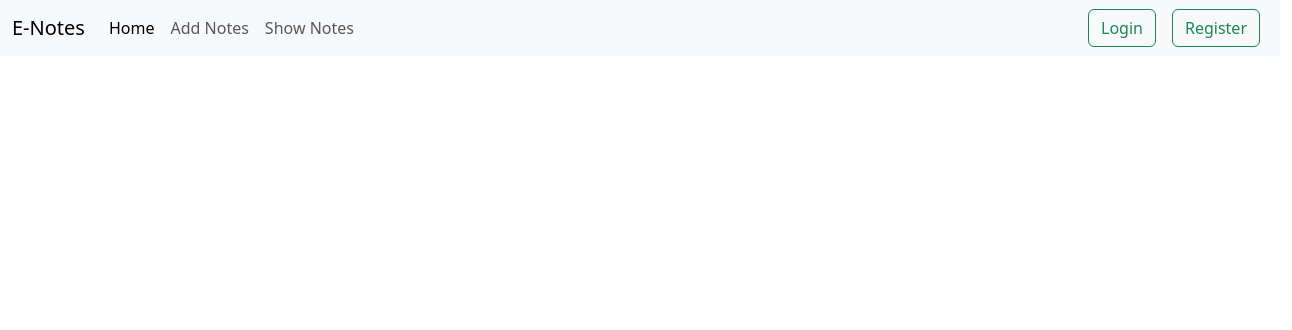
Repository: SandeepSharma2002/JavaProjects
Page: http://localhost/ENotes/addNotes.jsp
The author's editor kept a copy of each file at every save. The page is drawn from the files as they stood at one save, then again after the next save.
The browser window is 1280 px wide. The page is 1280 px wide, then 1292 px, so the pictures cover 1292 px, including what lies to the right of the window. The pictures show the whole page.
The page is served by Tomcat 9.

Above is the page before, as saved 2023-10-24 18:42:13.

After the next save:
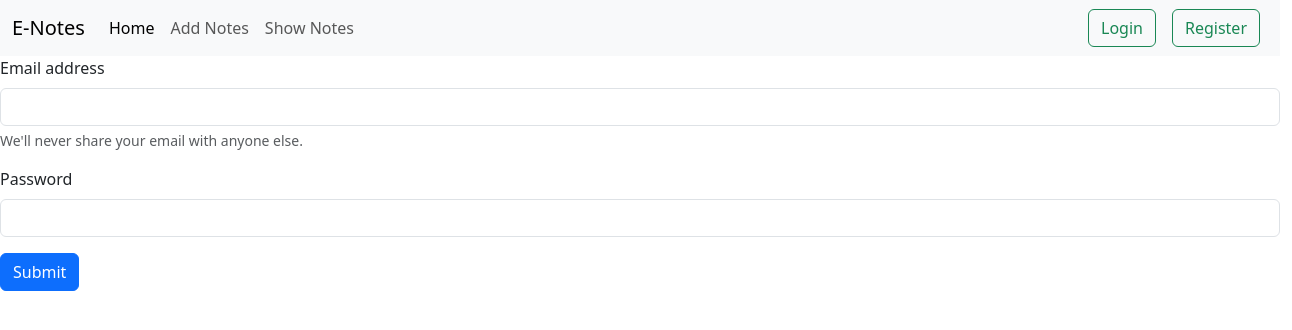
Saved 3 min 27 s later.
--- a/ENotes/src/main/webapp/addNotes.jsp
+++ b/ENotes/src/main/webapp/addNotes.jsp
@@ -1,5 +1,5 @@
 <%@ page language="java" contentType="text/html; charset=ISO-8859-1"
-    pageEncoding="ISO-8859-1"%>
+	pageEncoding="ISO-8859-1"%>
 <!DOCTYPE html>
 <html>
 <head>
@@ -8,7 +8,28 @@
 <title>Insert title here</title>
 </head>
 <body>
-<%@include file="Components/Navbar.jsp"%>
+	<%@include file="Components/Navbar.jsp"%>
+	<div class="row">
+		<div class="col-md-12">
 
+			<form>
+				<div class="mb-3">
+					<label for="exampleInputEmail1" class="form-label">Email
+						address</label> <input type="email" class="form-control"
+						id="exampleInputEmail1" aria-describedby="emailHelp">
+					<div id="emailHelp" class="form-text">We'll never share your
+						email with anyone else.</div>
+				</div>
+				<div class="mb-3">
+					<label for="exampleInputPText1" class="form-label">Password</label>
+					<input type="text" class="form-control"
+						id="exampleInputPassword1">
+				</div>
+
+				<button type="submit" class="btn btn-primary">Submit</button>
+			</form>
+
+		</div>
+	</div>
 </body>
 </html>
